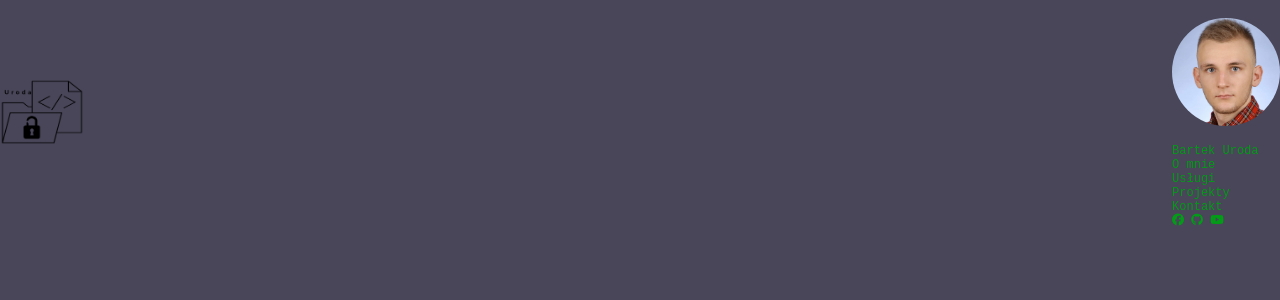
Repository: BartekUroda/portfolio
Page: index.html
These files come from the project's save history. The page is drawn as it stood at one moment and after the next save; the edit follows.
The browser window is 1280 px wide. The pictures show the whole page.
Some web fonts or font styles are not loaded; a fallback is used. Some web libraries are served in a nearby version.

Above is the page before, as saved 2020-10-26 18:02:30.

After the next save:
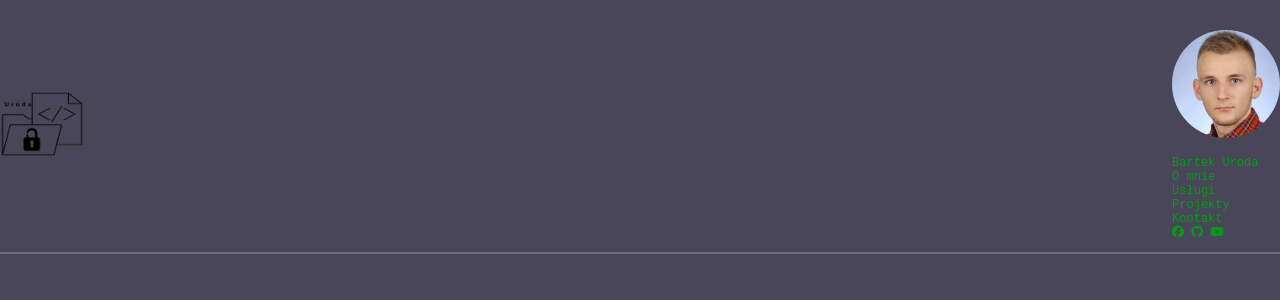
Saved 101 s later.
--- a/css/style.css
+++ b/css/style.css
@@ -60,6 +60,8 @@ nav {
     display: flex;
     align-items: center;
     justify-content: space-between;
+    padding: 1rem 0;
+    border-bottom: 2px solid rgba(255, 255, 255, .2);
 }
 .profile-pic {
     height: 9rem;
